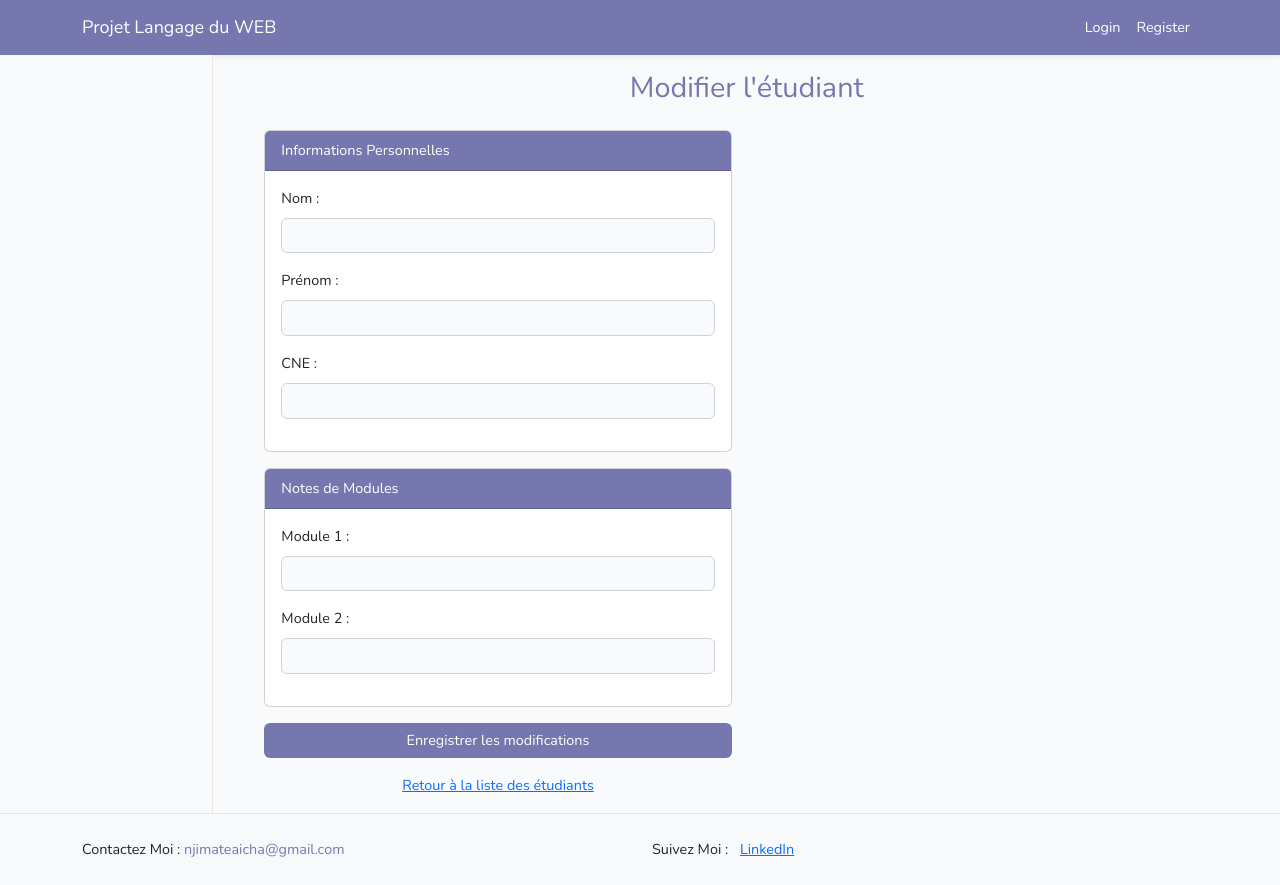
Repository: NjimateAicha/LaravelWeb
Page: resources/views/etudiant/edit.blade.php
The author's editor kept a copy of each file at every save. The page is drawn from the files as they stood at one save, then again after a run of saves.
The browser window is 1280 px wide. The pictures show the whole page.
Some web libraries are served in a nearby version. The page is served by the project's Laravel application, run on PHP 8.4 with Laravel 9. Other server files are loaded and not shown. Style sheets and scripts are compiled from the project's sources, by tool versions that may differ from the author's. The template is opened directly, without the code that normally fills it, so the values that code supplies are empty.

Above is the page before, as saved 2024-05-19 18:10:55.

### routes/web.php
<?php

use App\Http\Controllers\AproposDeMoiController;
use App\Http\Controllers\ChartsController;
use App\Http\Controllers\EtudiantController;
use App\Http\Controllers\formulairesController;
use App\Http\Controllers\ImageController;
use App\Http\Controllers\JsController;
use App\Http\Controllers\MapController;
use App\Http\Controllers\MatriceController;
use App\Http\Controllers\PhpController;
use App\Http\Controllers\ProjetController;
use App\Http\Controllers\QuizController;
use Illuminate\Support\Facades\Auth;
use Illuminate\Support\Facades\Route;

/*
|--------------------------------------------------------------------------
| Web Routes
|--------------------------------------------------------------------------
|
| Here is where you can register web routes for your application. These
| routes are loaded by the RouteServiceProvider within a group which
| contains the "web" middleware group. Now create something great!
|
*/

Route::get('/', function () {
    return view('auth.login');
});


Auth::routes();

Route::get('/home', [App\Http\Controllers\HomeController::class, 'index'])->name('home');

Route::get('/projets', [ProjetController::class, 'index'])->name('projets.index');
Route::get('/aproposDeMoi', [AproposDeMoiController::class, 'index'])->name('aProposDeMoi.index');


/* CRUD Student */
Route::resource('/etudiant' ,EtudiantController::class );
/* CRUD image */
Route::resource('/image' ,ImageController::class );
/* CRUD Maps */
Route::resource('/map' ,MapController::class );
/* CRUD Charts */
Route::resource('/charts' ,ChartsController::class );
/* Matrice */
Route::resource('/matrice' ,MatriceController::class );
/* quiz */
Route::resource('/Quiz' ,QuizController::class );
Route::get('/quiz/javascript', [QuizController::class, 'javascriptQuiz'])->name('quiz.javascript');
Route::post('/quiz/calculateJS', [QuizController::class, 'calculateScoreJS'])->name('quiz.calculateJS');
Route::get('/quiz/php', [QuizController::class, 'phpQuiz'])->name('quiz.php');
Route::post('/quiz/calculatePHP', [QuizController::class, 'calculateScorePHP'])->name('quiz.calculatePHP');

### resources/views/etudiant/edit.blade.php
@extends('layouts.app')

@section('content')
<style>
    h2 {
        color: #7777af;
    }
    .card-header {
        color: #fff;
        background-color: #7777af;
    }
    .custom-btn {
        color: #fff;
        background-color: #7777af;
        border: none;
    }
    .custom-btn:hover {
        background-color: #555577;
    }
    .card-title {
        color: #7777af;
    }
</style>
    <div class="container mt-3">
        @if ($errors->any())
            <div class="alert alert-danger">
                <ul>
                    @foreach ($errors->all() as $error)
                        <li>{{ $error }}</li>
                    @endforeach
                </ul>
            </div>
        @endif

        <h2 class="text-center mb-4">Modifier l'étudiant</h2>
        <div class="col-md-6 ">
            <form action="{{ route('etudiant.update', $etudiant->id) }}" method="POST">
                @csrf
                @method('PUT') <!-- Utilisez cette directive pour spécifier la méthode PUT -->

                <!-- Informations personnelles -->
                <div class="card mb-3">
                    <div class="card-header">Informations Personnelles</div>
                    <div class="card-body">
                        <div class="form-group">
                            <label for="nom">Nom :</label>
                            <input type="text" class="form-control" id="nom" name="nom"
                                value="{{ $etudiant->nom }}" required>
                        </div>
                        <div class="form-group">
                            <label for="prenom">Prénom :</label>
                            <input type="text" class="form-control" id="prenom" name="prenom"
                                value="{{ $etudiant->prenom }}" required>
                        </div>
                        <div class="form-group">
                            <label for="cne">CNE :</label>
                            <input type="text" class="form-control" id="cne" name="cne"
                                value="{{ $etudiant->cne }}" required>
                        </div>
                    </div>
                </div>
                <!-- Notes de modules -->
                <div class="card mb-3">
                    <div class="card-header">Notes de Modules</div>
                    <div class="card-body">
                        <div class="form-group">
                            <label for="note1">Module 1 :</label>
                            <input type="number" class="form-control" id="note1" name="note1"
                                value="{{ $etudiant->note1 }}" required>
                        </div>
                        <div class="form-group">
                            <label for="note2">Module 2 :</label>
                            <input type="number" class="form-control" id="note2" name="note2"
                                value="{{ $etudiant->note2 }}" required>
                        </div>
                    </div>
                </div>

                <!-- Bouton Valider -->
                <button type="submit" class="btn custom-btn btn-block">Enregistrer les modifications</button>
            </form>
            <!-- Lien pour revenir à la liste des étudiants -->
            <p class="text-center mt-3"><a href="{{ route('etudiant.index') }}">Retour à la liste des étudiants</a></p>
        </div>
    </div>
@endsection

### resources/views/layouts/app.blade.php
<!doctype html>
<html lang="{{ str_replace('_', '-', app()->getLocale()) }}">

<head>
    <meta charset="utf-8">
    <meta name="viewport" content="width=device-width, initial-scale=1">

    <!-- CSRF Token -->
    <meta name="csrf-token" content="{{ csrf_token() }}">

    <title>{{ config('app.name', 'Aicha\'s Portfolio') }}</title>

    <!-- Fonts -->
    <link rel="dns-prefetch" href="//fonts.bunny.net">
    <link href="https://fonts.bunny.net/css?family=Nunito" rel="stylesheet">

    <!-- Styles -->
    <link rel="stylesheet" href="https://maxcdn.bootstrapcdn.com/bootstrap/4.5.2/css/bootstrap.min.css">
    <style>

        body {
            font-family: 'Nunito', sans-serif;
        }
        .navbar {
            background-color: #7777af;
        }
        .navbar-brand, .navbar-nav .nav-link {
            color: white !important;
        }
        .sidebar {
            background-color: #f8f9fa;
            border-right: 1px solid #e7e7e7;
        }
        .sidebar .nav-link {
            color: #7777af;
        }
        .sidebar .nav-link:hover {
            color: #7777af;
        }
        .font-weight-bold {
            font-weight: bold !important;
        }
        footer {
            background-color: #f8f9fa;
            border-top: 1px solid #e7e7e7;
            padding: 10px 0;
        }
        footer p {
            margin: 0;
        }
    </style>
    <!-- Scripts -->
    @vite(['resources/sass/app.scss', 'resources/js/app.js'])
</head>

<body>
    <div id="app">
        <nav class="navbar navbar-expand-md navbar-light shadow-sm">
            <div class="container">
                <a class="navbar-brand" href="{{ url('/') }}">
                    Projet Langage du WEB
                </a>
                <button class="navbar-toggler" type="button" data-toggle="collapse" data-target="#navbarSupportedContent" aria-controls="navbarSupportedContent" aria-expanded="false" aria-label="{{ __('Toggle navigation') }}">
                    <span class="navbar-toggler-icon"></span>
                </button>

                <div class="collapse navbar-collapse" id="navbarSupportedContent">
                    <!-- Left Side Of Navbar -->
                    <ul class="navbar-nav me-auto"></ul>

                    <!-- Right Side Of Navbar -->
                    <ul class="navbar-nav ms-auto">
                        <!-- Authentication Links -->
                        @guest
                            @if (Route::has('login'))
                                <li class="nav-item">
                                    <a class="nav-link" href="{{ route('login') }}">{{ __('Login') }}</a>
                                </li>
                            @endif

                            @if (Route::has('register'))
                                <li class="nav-item">
                                    <a class="nav-link" href="{{ route('register') }}">{{ __('Register') }}</a>
                                </li>
                            @endif
                        @else
                            <li class="nav-item dropdown">
                                <a id="navbarDropdown" class="nav-link dropdown-toggle" href="#" role="button" data-toggle="dropdown" aria-haspopup="true" aria-expanded="false" v-pre>
                                    {{ Auth::user()->name }}
                                </a>

                                <div class="dropdown-menu dropdown-menu-right" aria-labelledby="navbarDropdown">
                                    <a class="dropdown-item" href="{{ route('logout') }}"
                                       onclick="event.preventDefault();
                                                     document.getElementById('logout-form').submit();">
                                        {{ __('Logout') }}
                                    </a>

                                    <form id="logout-form" action="{{ route('logout') }}" method="POST" class="d-none">
                                        @csrf
                                    </form>
                                </div>
                            </li>
                        @endguest
                    </ul>
                </div>
            </div>
        </nav>

        <div class="container-fluid">
            <div class="row">
                <nav class="col-md-2 d-none d-md-block sidebar">
                    <div class="position-sticky pt-3" style="height: 400px">
                        <ul class="nav flex-column">
                            @auth
                                <li class="nav-item">
                                    <a class="nav-link active font-weight-bold" aria-current="page" href="{{ route('aProposDeMoi.index') }}">À propos de moi</a>
                                </li>
                                <li class="nav-item">
                                    <a class="nav-link font-weight-bold" href="{{ route('projets.index') }}">Mes Projets</a>
                                </li>
                            @endauth
                        </ul>
                    </div>
                </nav>
                <main class="col-md-9 ms-sm-auto col-lg-10 px-md-4">
                    @yield('content')
                </main>
            </div>
        </div>

        <footer class="bg-light py-4">
            <div class="container">
                <div class="row justify-content-between">
                    <div class="col-md-6">
                        <p class="d-inline">Contactez Moi : <span style="color: #7777af;">njimateaicha@gmail.com</span></p>
                    </div>
                    <div class="col-md-6">
                        <p class="d-inline-block me-2 mb-0">Suivez Moi :</p>
                        <a href="https://www.linkedin.com/" class="text-blue-500 hover:text-7777af-700 d-inline-block" target="_blank">LinkedIn</a>
                    </div>
                </div>
            </div>
        </footer>
    </div>

    <!-- Bootstrap JS and dependencies -->
    <script src="https://code.jquery.com/jquery-3.5.1.slim.min.js"></script>
    <script src="https://cdn.jsdelivr.net/npm/@popperjs/core@2.5.4/dist/umd/popper.min.js"></script>
    <script src="https://maxcdn.bootstrapcdn.com/bootstrap/4.5.2/js/bootstrap.min.js"></script>
</body>

</html>

Loaded but not shown: app/Http/Controllers/Auth/ConfirmPasswordController.php (common file); app/Http/Controllers/Controller.php (common file); resources/sass/app.scss (common file); resources/sass/_variables.scss (common file)

After the next 2 saves:
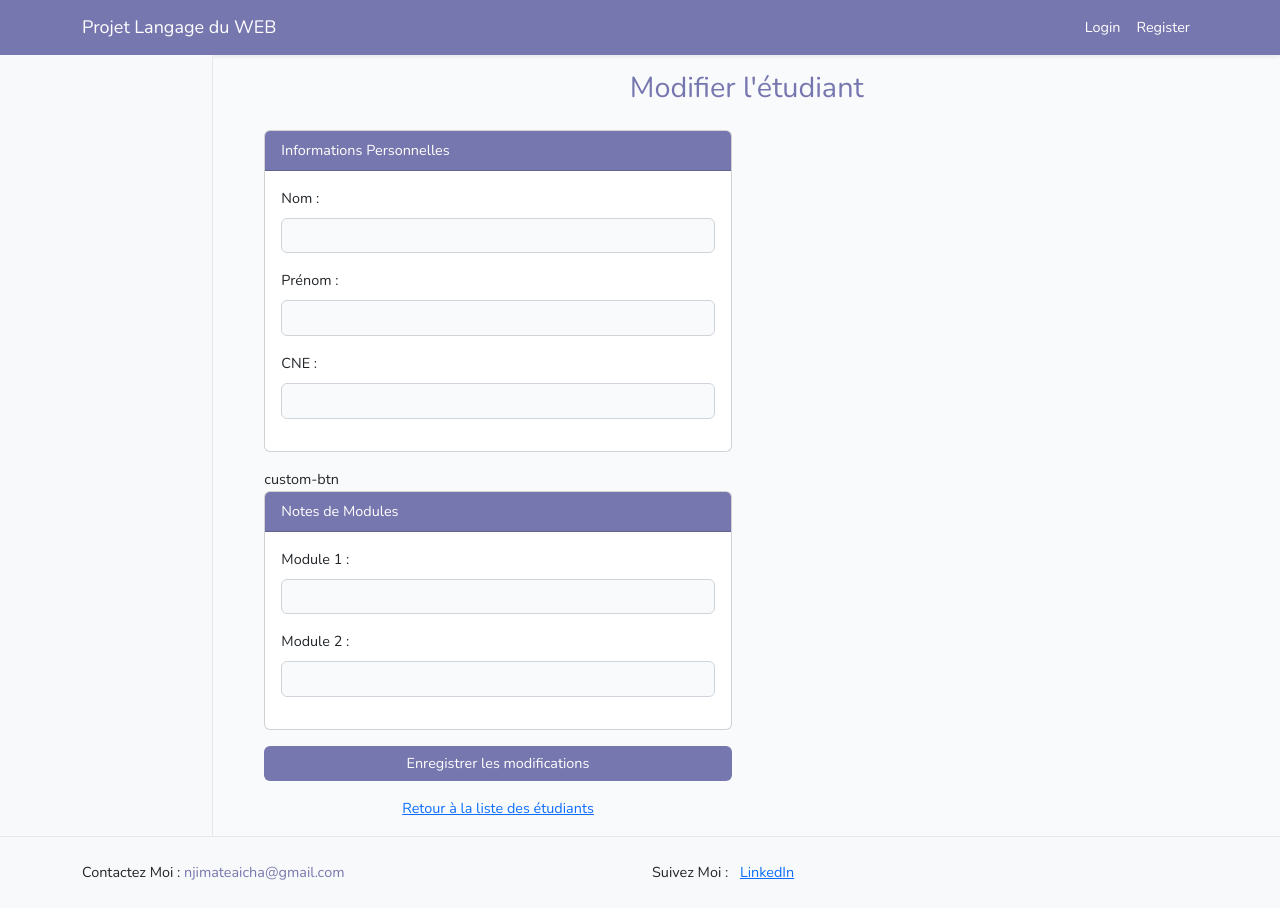
The 2 saves are shown as one change because they came seconds apart.
The last was saved 25 s later.
--- a/resources/views/etudiant/edit.blade.php
+++ b/resources/views/etudiant/edit.blade.php
@@ -60,6 +60,7 @@
                     </div>
                 </div>
                 <!-- Notes de modules -->
+                custom-btn
                 <div class="card mb-3">
                     <div class="card-header">Notes de Modules</div>
                     <div class="card-body">
